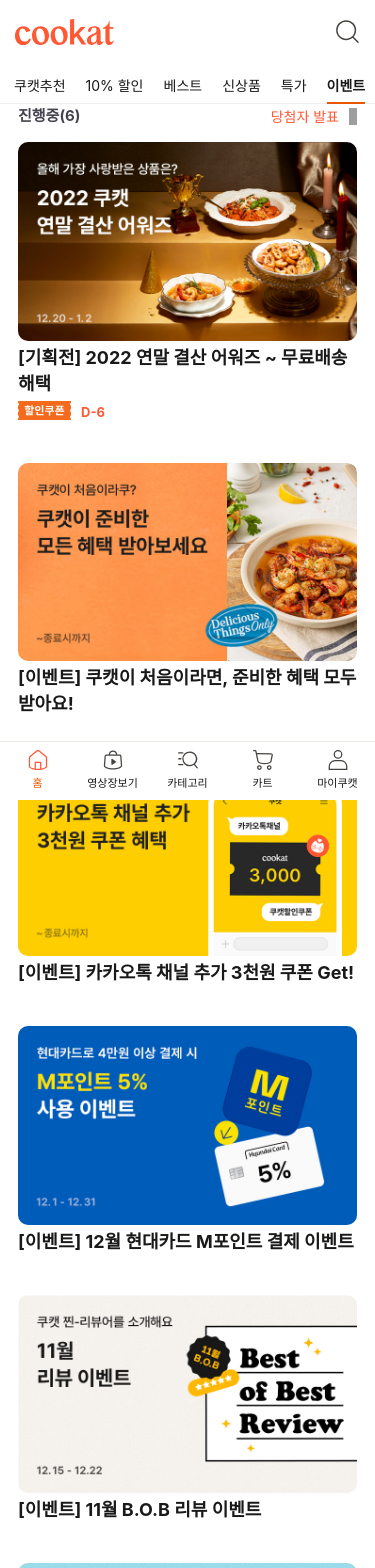
Repository: CooKat/Cookat
Page: event.html
The author's editor kept a copy of each file at every save. The page is drawn from the files as they stood at one save, then again after the next save.
The browser window is 375 px wide. The pictures show the part of the page from y = 0 to 1568 px (the page is 2677 px tall before and 2565 px after).
Pictures or frames that could not be fetched are drawn as grey boxes. A picture or video elsewhere on the page could not be fetched, so the positions and the page height are approximate. Some web fonts or font styles are not loaded; a fallback is used.

Above is the page before, as saved 2022-12-29 17:27:59.
Not found: css/responsive.css
Not found: js/ex1.js

After the next save:
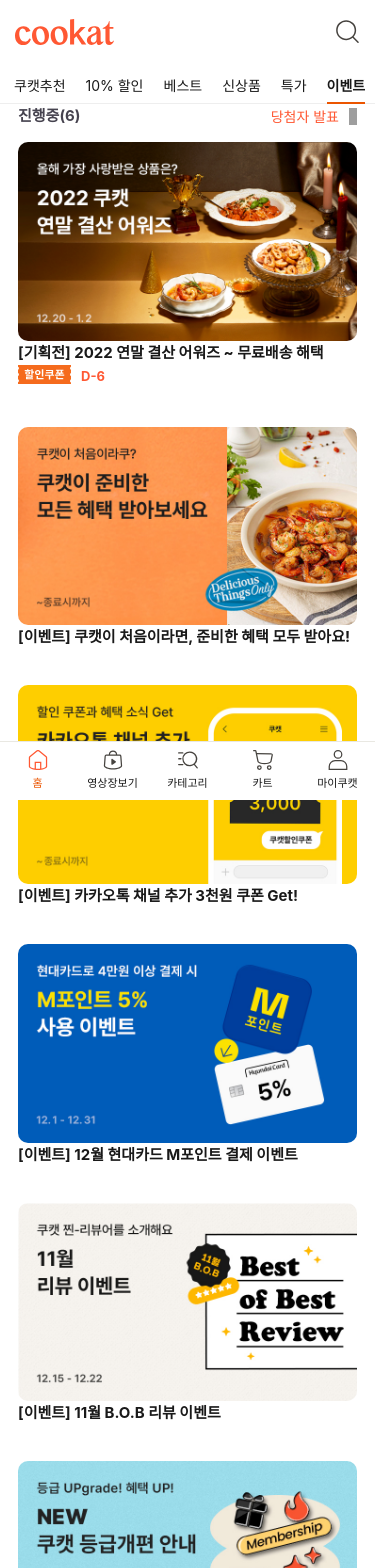
Saved 8 s later.
--- a/css/event.css
+++ b/css/event.css
@@ -88,4 +88,9 @@
     font-size: 4vw;
     line-height: 3vh;
   }
+
+  .item-list-title {
+    font-size: 4vw;
+    line-height: 2vh;
+  }
 }
